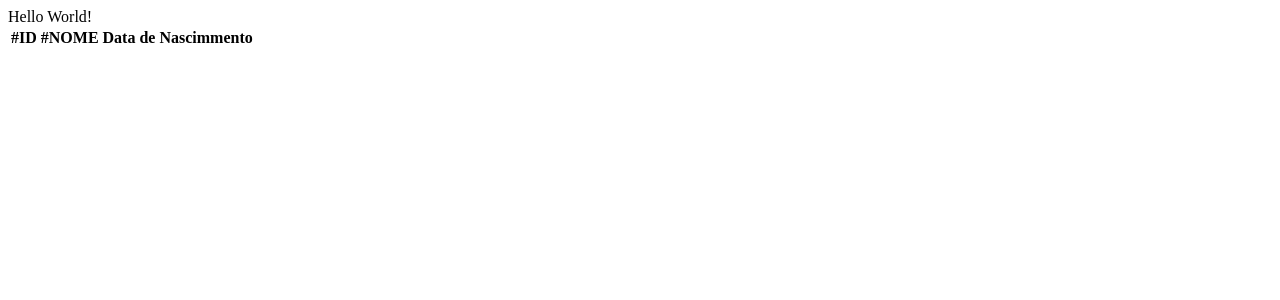
Repository: gabrielsilva9810/FATEC_LABEngSoftware
Page: ExemploHTML/src/main/webapp/index.html
The author's editor kept a copy of each file at every save. The page is drawn from the files as they stood at one save, then again after the next save.
The browser window is 1280 px wide. The pictures show the whole page.

Above is the page before, as saved 2023-08-26 12:52:27.

After the next save:
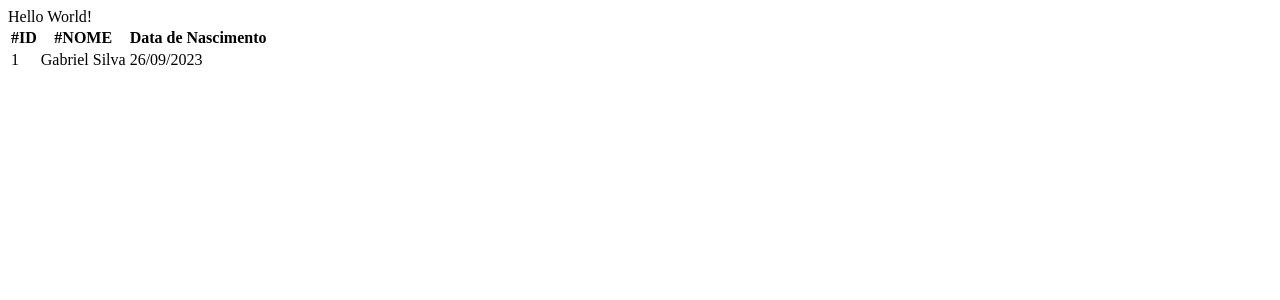
Saved 2 min 45 s later.
--- a/ExemploHTML/src/main/webapp/index.html
+++ b/ExemploHTML/src/main/webapp/index.html
@@ -12,17 +12,17 @@
 		<table>
 			<thead>
 				<tr>
-					<th>
-						<b>
-							#ID
-							#NOME
-							Data de Nascimmento
-						</b>
-
-					</th>
+					<th><b> #ID</b></th>
+					<th><b> #NOME</b></th>
+					<th><b> Data de Nascimento</b></th>
 				</tr>
 			</thead>
 			<tbody>
+				<tr>
+					<td>1</td>
+					<td>Gabriel Silva</td>
+					<td>26/09/2023</td>
+				</tr>
 			</tbody>
 
 			Hello World!
